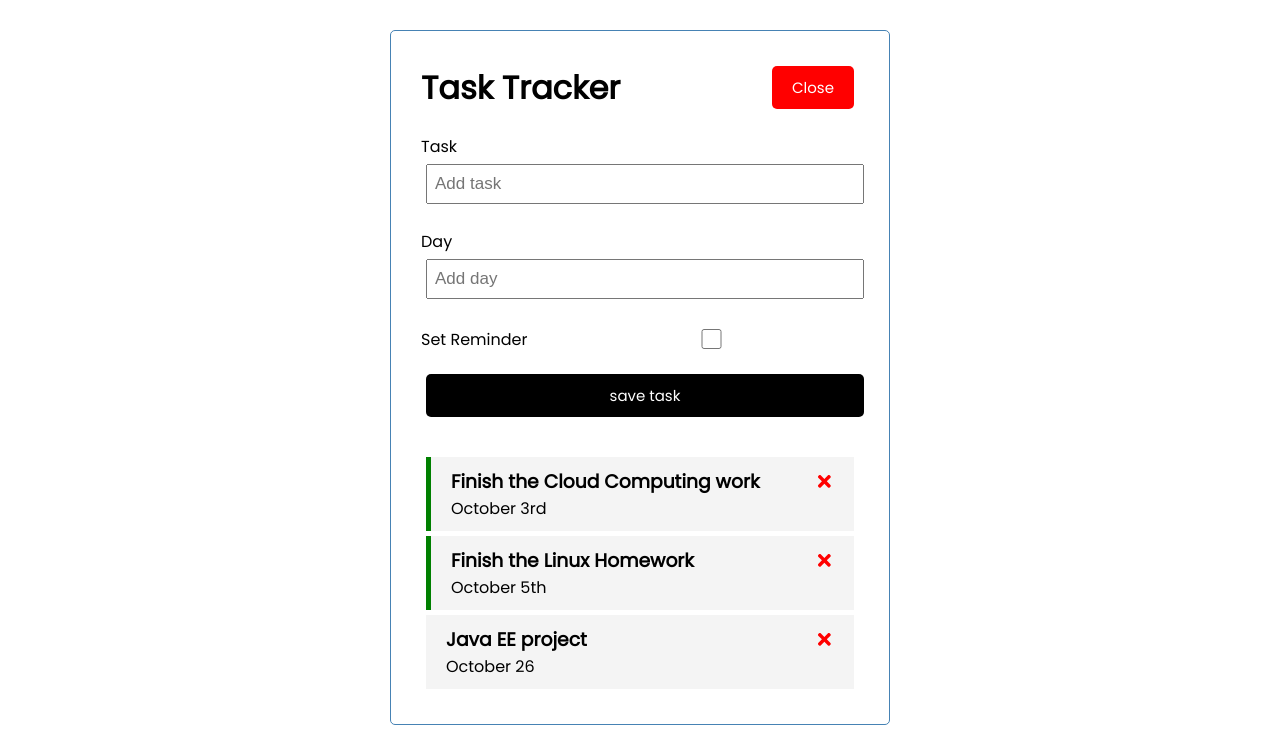
Repository: ds-mbappe/react-task-tracker
Page: /
The author's editor kept a copy of each file at every save. The page is drawn from the files as they stood at one save, then again after the next save.
The browser window is 1280 px wide. The pictures show the whole page.
The project was rebuilt for these pictures with package versions that can differ from the ones it lists, and the page was loaded fresh each time.

Above is the page before, as saved 2021-10-02 22:51:14.

### src/App.js
import { useState } from "react";
import Header from "./components/Header";
import Tasks from "./components/Tasks";
import AddTask from "./components/AddTask";

const App = () => {
  const [showAddTask, setShowAddTask] = useState(true)
  const [tasks, setTasks] = useState(
    [
      {
        id: 1,
        text: "Finish the Cloud Computing work",
        day: "October 3rd",
        reminder: true,
      },
      {
        id: 2,
        text: "Finish the Linux Homework",
        day: "October 5th",
        reminder: true,
      },
      {
        id: 3,
        text: "Java EE project",
        day: "October 26",
        reminder: false,
      },
    ]
  )

  // Add a new task
  const addTask = (task) => {
    const id = Math.floor(Math.random() * 10000) + 1
    const newTask = { id, ...task }
    setTasks([...tasks, newTask])
  }

  // Delete Task
  const deleteTask = (id) => {
    setTasks(tasks.filter((task) => task.id !== id))
  }

  // Toogle reminder
  const toggleReminder = (id) => {
    setTasks(tasks.map((task) => task.id === id ? { ...task, reminder: !task.reminder } : task))
  }

  return (
    <div className="container">
      <Header onAdd={() => setShowAddTask(!showAddTask)} showAdd={showAddTask} />
      {showAddTask && <AddTask onAdd={addTask} />}
      {tasks.length > 0 ? (<Tasks tasks={tasks} onDelete={deleteTask} onToggle={toggleReminder} />) : ("No tasks to show...")}
    </div>
  );
}

export default App;

### src/components/Header.js
import PropTypes from "prop-types"
import Button from "./Button"

const Header = ({ title, onAdd, showAdd }) => {
    return (
        <header className="header">
            <h1>{title}</h1>
            <Button
                color={showAdd ? 'red' : 'green'}
                text={showAdd ? 'Close' : 'Add'}
                onClick={onAdd} />
        </header>
    )
}

Header.defaultProps = {
    title: "Task Tracker",
}

Header.propTypes = {
    title: PropTypes.string.isRequired,
}

export default Header

### src/components/Tasks.js
import Task from "./Task"

const Tasks = ({ tasks, onDelete, onToggle }) => {
    return (
        <>
            {tasks.map((task) => (<Task key={task.id} task={task} onDelete={onDelete} onToggle={onToggle}/>))}
        </>
    )
}

export default Tasks

### src/components/AddTask.js
import { useState } from "react"

const AddTask = ({ onAdd }) => {

    const [text, setText] = useState('')
    const [day, setDay] = useState('')
    const [reminder, setReminder] = useState(false)

    const onSubmit = (e) => {
        e.preventDefault()
        if (!text) {
            alert('Please add a task!')
            return
        }

        onAdd({ text, day, reminder })

        setText('')
        setDay('')
        setReminder(false)
}

    return (
        <form className="add-form" onSubmit={onSubmit}>
            <div className="form-control">
                <label>Task</label>
                <input type="text" placeholder="Add task" value={text} onChange={(e) => setText(e.target.value)}/>
            </div>
            <div className="form-control">
                <label>Day</label>
                <input type="text" placeholder="Add day" value={day} onChange={(e) => setDay(e.target.value)}/>
            </div>
            <div className="form-control form-control-check">
                <label>Set Reminder</label>
                <input type="checkbox" checked={reminder} value={reminder} onChange={(e) => setReminder(e.currentTarget.checked)}/>
            </div>

            <input type="submit" value="save task" className="btn btn-block" />
        </form>
    )
}

export default AddTask

### src/components/Button.js
import PropTypes from "prop-types"

const Button = ({ color, text, onClick }) => {
    return (
        <button onClick={onClick} className="btn" style={{backgroundColor: color}}>{text}</button>
    )
}

Button.defaultProps = {
    color: "steelblue",
}

Button.propTypes = {
    text: PropTypes.string,
    color: PropTypes.string,
}

export default Button

### src/components/Task.js
import { FaTimes } from "react-icons/fa"

const Task = ({ task, onDelete, onToggle }) => {
    return (
        <div className={`task ${task.reminder ? "reminder" : ""}`} onDoubleClick={() => onToggle(task.id)}>
            <h3>{task.text} <FaTimes style={{ color: "red", cursor: "pointer" }} onClick={() => onDelete(task.id)}/> </h3>
            <p>{task.day}</p>
        </div>
    )
}

export default Task

Loaded but not shown: public/index.html (common file); src/index.js (common file); src/index.css (common file); src/reportWebVitals.js (common file)

After the next save:
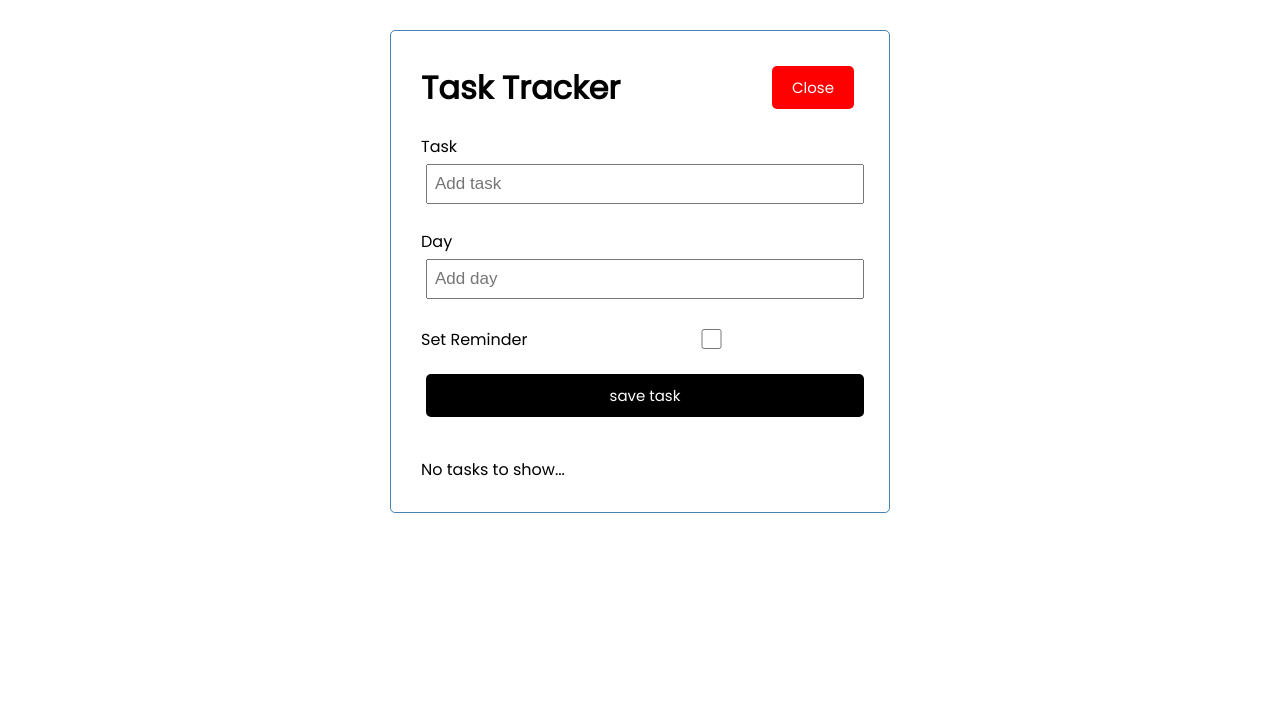
Saved 12 s later.
--- a/src/App.js
+++ b/src/App.js
@@ -5,28 +5,7 @@ import AddTask from "./components/AddTask";
 
 const App = () => {
   const [showAddTask, setShowAddTask] = useState(true)
-  const [tasks, setTasks] = useState(
-    [
-      {
-        id: 1,
-        text: "Finish the Cloud Computing work",
-        day: "October 3rd",
-        reminder: true,
-      },
-      {
-        id: 2,
-        text: "Finish the Linux Homework",
-        day: "October 5th",
-        reminder: true,
-      },
-      {
-        id: 3,
-        text: "Java EE project",
-        day: "October 26",
-        reminder: false,
-      },
-    ]
-  )
+  const [tasks, setTasks] = useState([])
 
   // Add a new task
   const addTask = (task) => {
